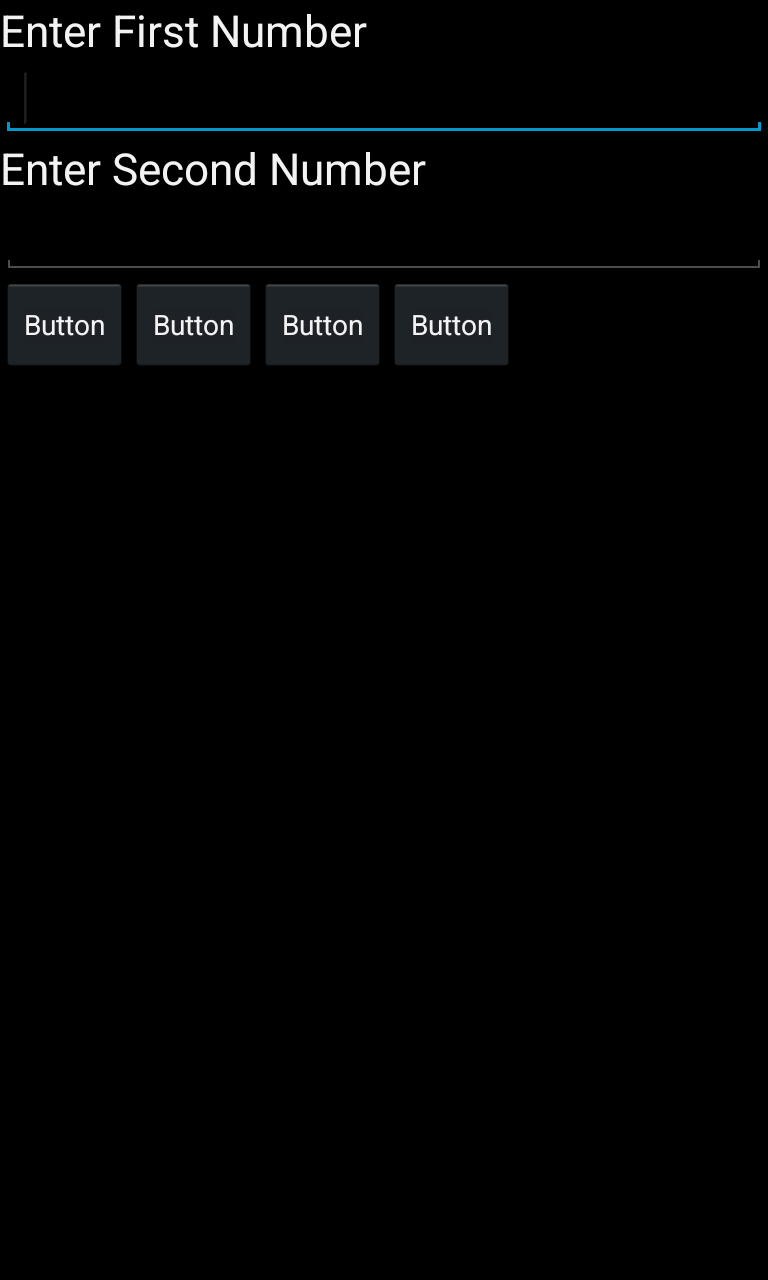
Repository: arcode/Android5124
Layout: Calculator/res/layout/main.xml
These files come from the project's save history. The layout is drawn as it stood at one moment and after the next save; the edit follows.
It is drawn on a 768 x 1280 px phone screen (xhdpi) without system bars, with theme android:Theme.Holo; the app's code is not run.

Above is the layout before, as saved 2012-08-10 06:21:32.

### Calculator/res/layout/main.xml
<?xml version="1.0" encoding="utf-8"?>
<LinearLayout xmlns:android="http://schemas.android.com/apk/res/android"
    android:layout_width="fill_parent"
    android:layout_height="fill_parent"
    android:orientation="vertical" >

    <TextView
        android:id="@+id/textView1"
        android:layout_width="wrap_content"
        android:layout_height="wrap_content"
        android:text="Enter First Number"
        android:textAppearance="?android:attr/textAppearanceLarge" />

    <EditText
        android:id="@+id/editText1"
        android:layout_width="match_parent"
        android:layout_height="wrap_content"
        android:ems="10"
        android:inputType="numberSigned" >

        <requestFocus />
    </EditText>

    <TextView
        android:id="@+id/textView2"
        android:layout_width="wrap_content"
        android:layout_height="wrap_content"
        android:text="Enter Second Number"
        android:textAppearance="?android:attr/textAppearanceLarge" />

    <EditText
        android:id="@+id/editText2"
        android:layout_width="match_parent"
        android:layout_height="wrap_content"
        android:ems="10"
        android:inputType="numberSigned" />

    <LinearLayout
        android:layout_width="match_parent"
        android:layout_height="wrap_content" >

        <Button
            android:id="@+id/button1"
            style="?android:attr/buttonStyleSmall"
            android:layout_width="wrap_content"
            android:layout_height="wrap_content"
            android:text="Button" />

        <Button
            android:id="@+id/button2"
            style="?android:attr/buttonStyleSmall"
            android:layout_width="wrap_content"
            android:layout_height="wrap_content"
            android:text="Button" />

        <Button
            android:id="@+id/button3"
            style="?android:attr/buttonStyleSmall"
            android:layout_width="wrap_content"
            android:layout_height="wrap_content"
            android:text="Button" />

        <Button
            android:id="@+id/button4"
            style="?android:attr/buttonStyleSmall"
            android:layout_width="wrap_content"
            android:layout_height="wrap_content"
            android:text="Button" />

    </LinearLayout>

</LinearLayout>

After the next save:
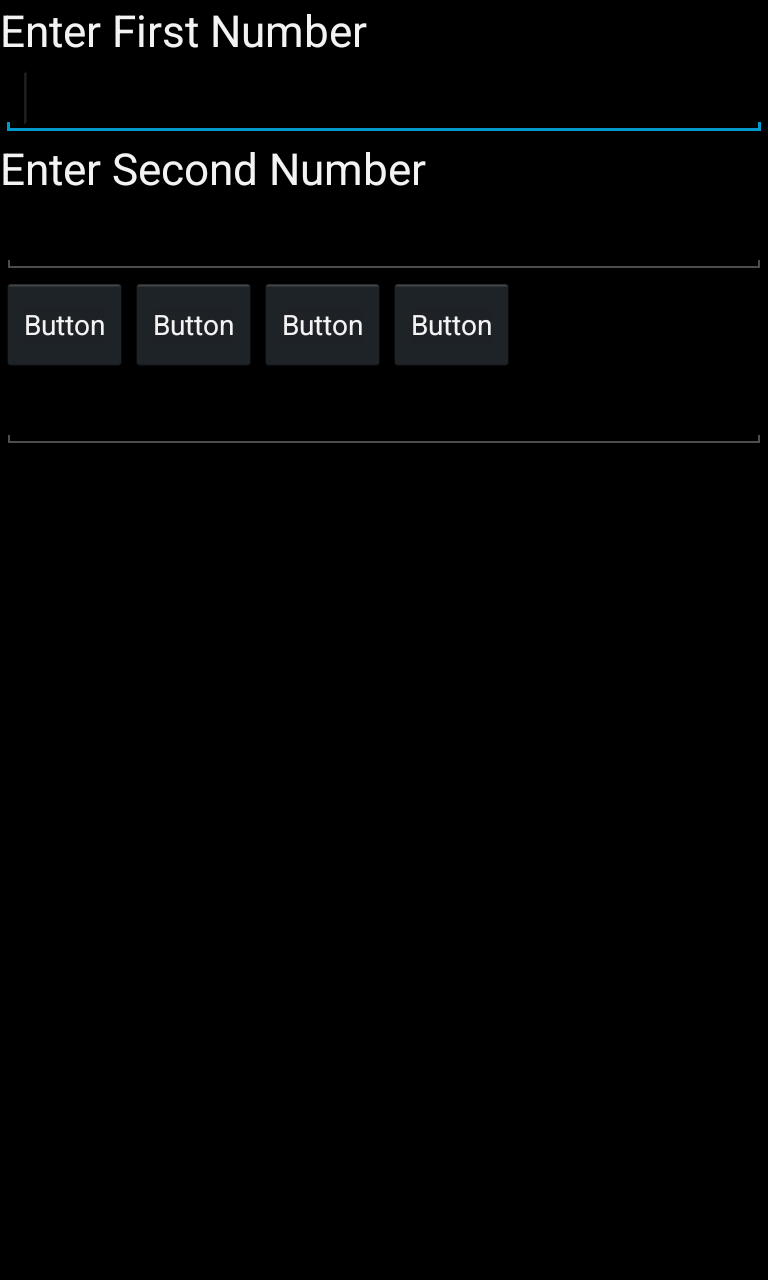
Saved 17 s later.
--- a/Calculator/res/layout/main.xml
+++ b/Calculator/res/layout/main.xml
@@ -69,4 +69,11 @@
 
     </LinearLayout>
 
+    <EditText
+        android:id="@+id/editText3"
+        android:layout_width="match_parent"
+        android:layout_height="wrap_content"
+        android:ems="10"
+        android:inputType="numberSigned" />
+
 </LinearLayout>
